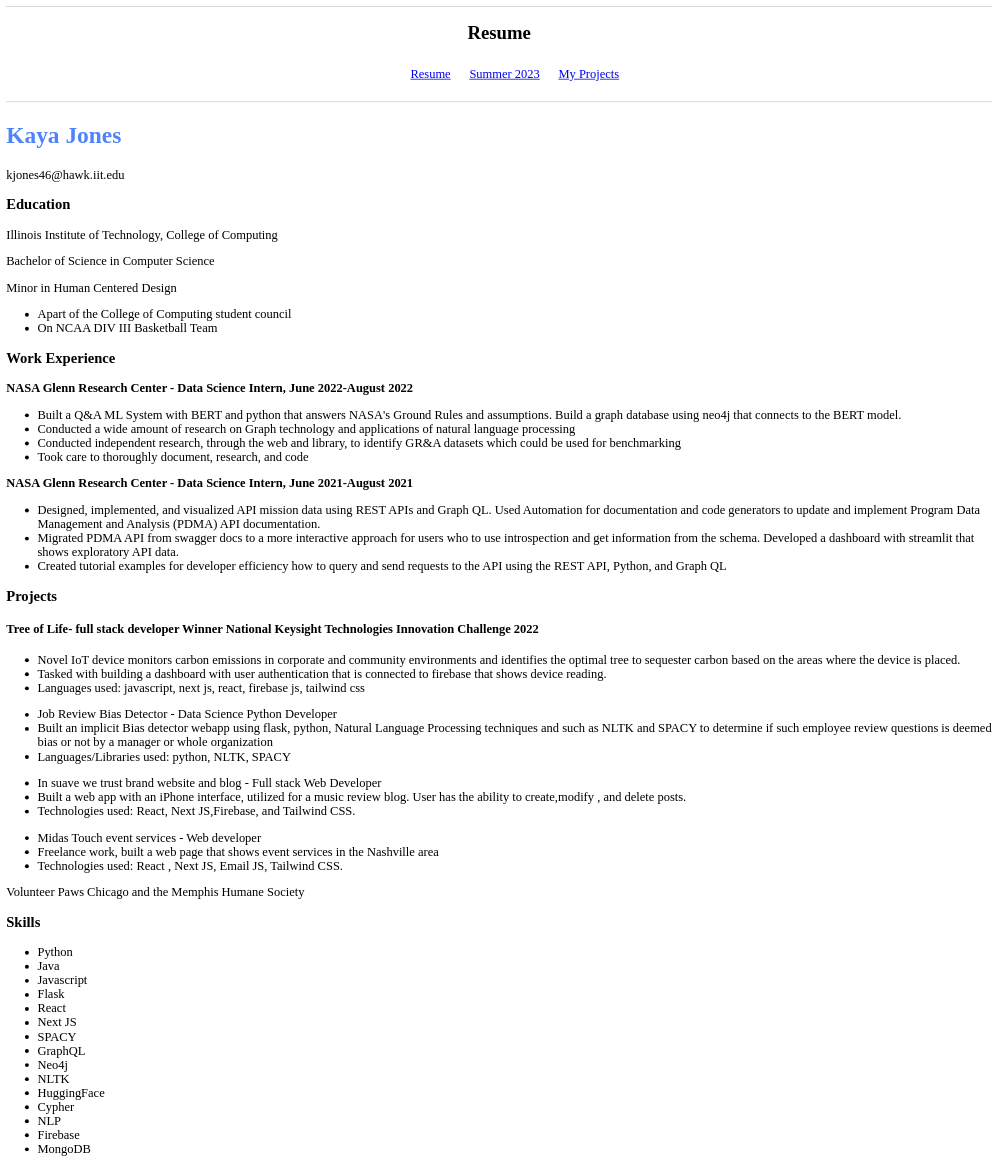
Repository: kayacancode/itm361project1
Page: index.html
An editor plug-in stored every save of this project. The page is shown before and after the next save, followed by the edit.
The browser window is 1280 px wide. The pictures show the whole page, at 78% of full size.
Some web fonts or font styles are not loaded; a fallback is used.

Above is the page before, as saved 2023-03-04 12:55:47.

### index.html
<!DOCTYPE html>
<html lang="en">
  <head>
    <meta charset="UTF-8" />
    <title>ITMD 361 - Web Development</title>
    <link rel="stylesheet" href="css/style.css" />

  </head>
  <body>
    <header>
      <nav>
        <h1>Resume</h1>
        <ul>
          <li><a href="index.html">Resume</a></li>
          <li><a href="summer2023.html">Summer 2023</a></li>
          <li><a href="projects.html">My Projects</a></li>
        </ul>
      </nav>
    </header>
    <h2>Kaya Jones</h2>
    <p>kjones46@hawk.iit.edu</p>
    <h3>Education</h3>
    <p>Illinois Institute of Technology, College of Computing</p>
    <p>Bachelor of Science in Computer Science</p>
    <p>Minor in Human Centered Design</p>
    <ul >
      <li>Apart of the College of Computing student council</li>
      <li>On NCAA DIV III Basketball Team</li>
    </ul>
    <section>
    <h3>Work Experience</h3>
    <p>
      <span style="font-weight:bold">NASA Glenn Research Center - Data Science Intern, June 2022-August 2022 </span>
    </p>
    <ul >
      <li>
        Built a Q&A ML System with BERT and python that answers NASA's Ground
        Rules and assumptions. Build a graph database using neo4j that connects
        to the BERT model.
      </li>
      <li>
        Conducted a wide amount of research on Graph technology and applications
        of natural language processing
      </li>
      <li>
        Conducted independent research, through the web and library, to identify
        GR&A datasets which could be used for benchmarking
      </li>
      <li>Took care to thoroughly document, research, and code</li>
    </ul>
    <p>
      <span style="font-weight:bold">NASA Glenn Research Center - Data Science Intern, June 2021-August 2021 </span>
    </p>
    <ul >
      <li>
        Designed, implemented, and visualized API mission data using REST APIs
        and Graph QL. Used Automation for documentation and code generators to
        update and implement Program Data Management and Analysis (PDMA) API
        documentation.
      </li>
      <li>
        Migrated PDMA API from swagger docs to a more interactive approach for
        users who to use introspection and get information from the schema.
        Developed a dashboard with streamlit that shows exploratory API data.
      </li>
      <li>
        Created tutorial examples for developer efficiency how to query and send
        requests to the API using the REST API, Python, and Graph QL
      </li>
    </ul>
  </section>
  <section>
    <h3>Projects</h3>
    <h4>Tree of Life- full stack developer Winner National Keysight Technologies
      Innovation Challenge 2022</h4>
    <ul>

      <li>
        Novel IoT device monitors carbon emissions in corporate and community
        environments and identifies the optimal tree to sequester carbon based
        on the areas where the device is placed.
      </li>
      <li>
        Tasked with building a dashboard with user authentication that is
        connected to firebase that shows device reading.
      </li>
      <li>
        Languages used: javascript, next js, react, firebase js, tailwind css
      </li>
    </ul>
    <ul>
      <li>Job Review Bias Detector - Data Science Python Developer</li>
      <li>
        Built an implicit Bias detector webapp using flask, python, Natural
        Language Processing techniques and such as NLTK and SPACY to determine
        if such employee review questions is deemed bias or not by a manager or
        whole organization
      </li>

      <li>Languages/Libraries used: python, NLTK, SPACY</li>
    </ul>
    <ul >
      <li>
        In suave we trust brand website and blog - Full stack Web Developer
      </li>
      <li>
        Built a web app with an iPhone interface, utilized for a music review
        blog. User has the ability to create,modify , and delete posts.
      </li>

      <li>Technologies used: React, Next JS,Firebase, and Tailwind CSS.</li>
    </ul>

    <ul>
      <li>Midas Touch event services - Web developer</li>
      <li>
        Freelance work, built a web page that shows event services in the
        Nashville area
      </li>

      <li>Technologies used: React , Next JS, Email JS, Tailwind CSS.</li>
    </ul>
  </section>
    <p>Volunteer Paws Chicago and the Memphis Humane Society</p>

    <h3>Skills</h3>
    <ul >
      <li>Python</li>
      <li>Java</li>
      <li>Javascript</li>
      <li>Flask</li>
      <li>React</li>
      <li>Next JS</li>
      <li>SPACY</li>
      <li>GraphQL</li>
      <li>Neo4j</li>
      <li>NLTK</li>
      <li>HuggingFace</li>
      <li>Cypher</li>
      <li>NLP</li>
      <li>Firebase</li>
      <li>MongoDB</li>
    </ul>
  </body>
</html>

### css/style.css
@import url("https://fonts.googleapis.com/css2?family=Tilt+Warp&display=swap");



nav{
    border:1px solid #ccc;
    border-width:1px 0;
    list-style:none;
    margin:0;
    padding:0;
    text-align:center;
}
nav li{
    display:inline;
}
nav a{
    display:inline-block;
    padding:10px;
}

h1{
    font-family: "Tilt Warp", cursive;

}
h2{
    font-size: 30px;
    font-family: "Tilt Warp", cursive;
    color:#5082FA;
}

.websites img{
    display: block;
    margin-left: auto;
    margin-right: auto;
    max-width: 50%;
    height: 350px;
    border-radius: 20px;
}

After the next save:
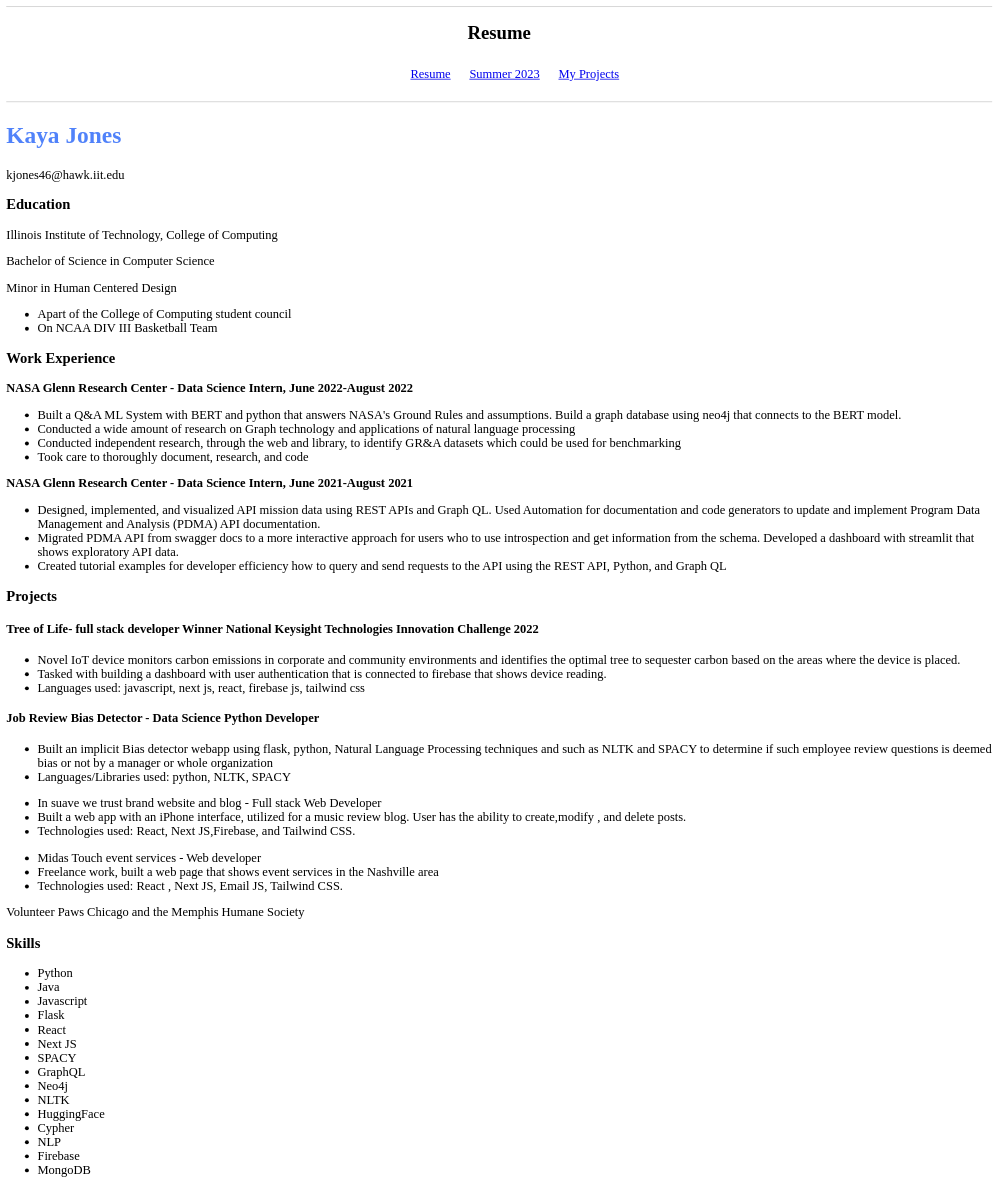
Saved 20 s later.
--- a/index.html
+++ b/index.html
@@ -88,8 +88,8 @@
         Languages used: javascript, next js, react, firebase js, tailwind css
       </li>
     </ul>
+    <h4>Job Review Bias Detector - Data Science Python Developer</h4>
     <ul>
-      <li>Job Review Bias Detector - Data Science Python Developer</li>
       <li>
         Built an implicit Bias detector webapp using flask, python, Natural
         Language Processing techniques and such as NLTK and SPACY to determine
